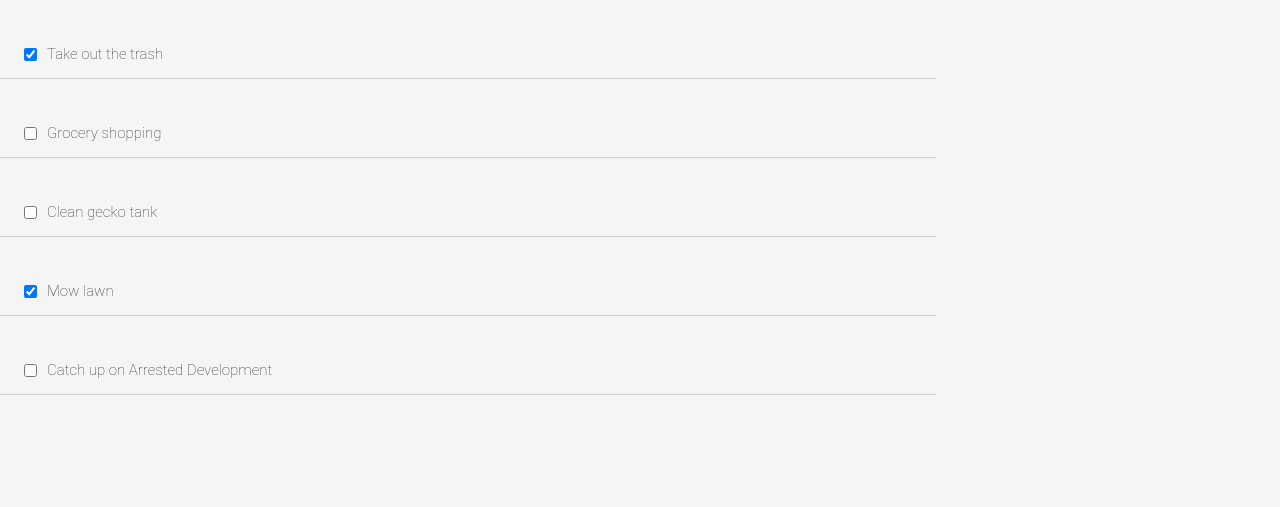
Repository: 0101chaitanya/react-todo
Page: /
These files come from the project's save history. The page is drawn as it stood at one moment and after a run of saves; the edit follows.
The browser window is 1280 px wide. The pictures show the whole page.
The project was rebuilt for these pictures with package versions that can differ from the ones it lists, and the page was loaded fresh each time.

Above is the page before, as saved 2021-07-21 19:54:51.

### src/App.js
import "./App.css";
import TodoComp from "./components/todoComp";
import todosData from "./todoExamples";
function App() {
  const todoItems = todosData.map((item) => (
    <TodoComp item={item} key={item.id} />
  ));
  return todoItems;
}

export default App;

### src/App.css
body {
  background-color: whitesmoke;
}

.todo-list {
  background-color: white;
  margin: auto;
  width: 50%;
  display: flex;
  flex-direction: column;
  align-items: center;
  border: 1px solid #efefef;
  box-shadow:
    /* The top layer shadow */ 0 1px 1px rgba(0, 0, 0, 0.15),
    /* The second layer */ 0 10px 0 -5px #eee,
    /* The second layer shadow */ 0 10px 1px -4px rgba(0, 0, 0, 0.15),
    /* The third layer */ 0 20px 0 -10px #eee,
    /* The third layer shadow */ 0 20px 1px -9px rgba(0, 0, 0, 0.15);
  padding: 30px;
}

.todo-item {
  display: flex;
  justify-content: flex-start;
  align-items: center;
  padding: 30px 20px 0;
  width: 70%;
  border-bottom: 1px solid #cecece;
  font-family: Roboto, sans-serif;
  font-weight: 100;
  font-size: 15px;
  color: #333333;
}

input[type="checkbox"] {
  margin-right: 10px;
  font-size: 30px;
}

input[type="checkbox"]:focus {
  outline: 0;
}

### src/components/todoComp.js
import React from "react";

function TodoComp(props) {
  return (
    <div className="todo-item">
      <input type="checkbox" checked={props.item.completed} />
      <p>{props.item.text}</p>
    </div>
  );
}

export default TodoComp;

### src/todoExamples.js
const todosData = [
  {
    id: 1,
    text: "Take out the trash",
    completed: true,
  },
  {
    id: 2,
    text: "Grocery shopping",
    completed: false,
  },
  {
    id: 3,
    text: "Clean gecko tank",
    completed: false,
  },
  {
    id: 4,
    text: "Mow lawn",
    completed: true,
  },
  {
    id: 5,
    text: "Catch up on Arrested Development",
    completed: false,
  },
];

export default todosData;

### src/components/todoItem.js
import React from "react";

function TodoComp(props) {
  return (
    <div className="todo-item">
      <input type="checkbox" checked={props.item.completed} />
      <p>{props.item.text}</p>
    </div>
  );
}

export default TodoComp;

Loaded but not shown: public/index.html (common file); src/index.js (common file); src/index.css (common file); src/reportWebVitals.js (common file)

After the next 2 saves:
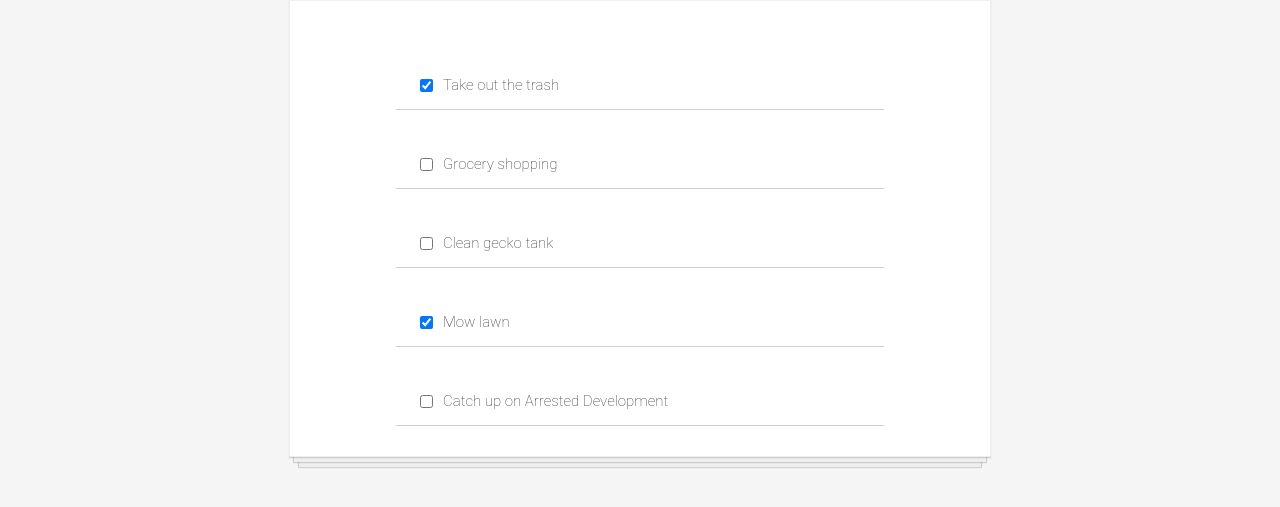
The 2 saves are shown as one change because 1 did not build or start.
The last was saved 3 min 29 s later.
--- a/src/App.js
+++ b/src/App.js
@@ -1,11 +1,21 @@
+import React from "react";
 import "./App.css";
-import TodoComp from "./components/todoComp";
+import TodoItem from "./components/todoItem";
 import todosData from "./todoExamples";
-function App() {
-  const todoItems = todosData.map((item) => (
-    <TodoComp item={item} key={item.id} />
-  ));
-  return todoItems;
+
+class App extends React.Component {
+  constructor() {
+    super();
+    this.state = {
+      todo: todosData,
+    };
+  }
+  render() {
+    const todoItems = todosData.map((item) => (
+      <TodoItem key={item.id} item={item} />
+    ));
+
+    return <div className="todo-list">{todoItems}</div>;
+  }
 }
-
 export default App;
